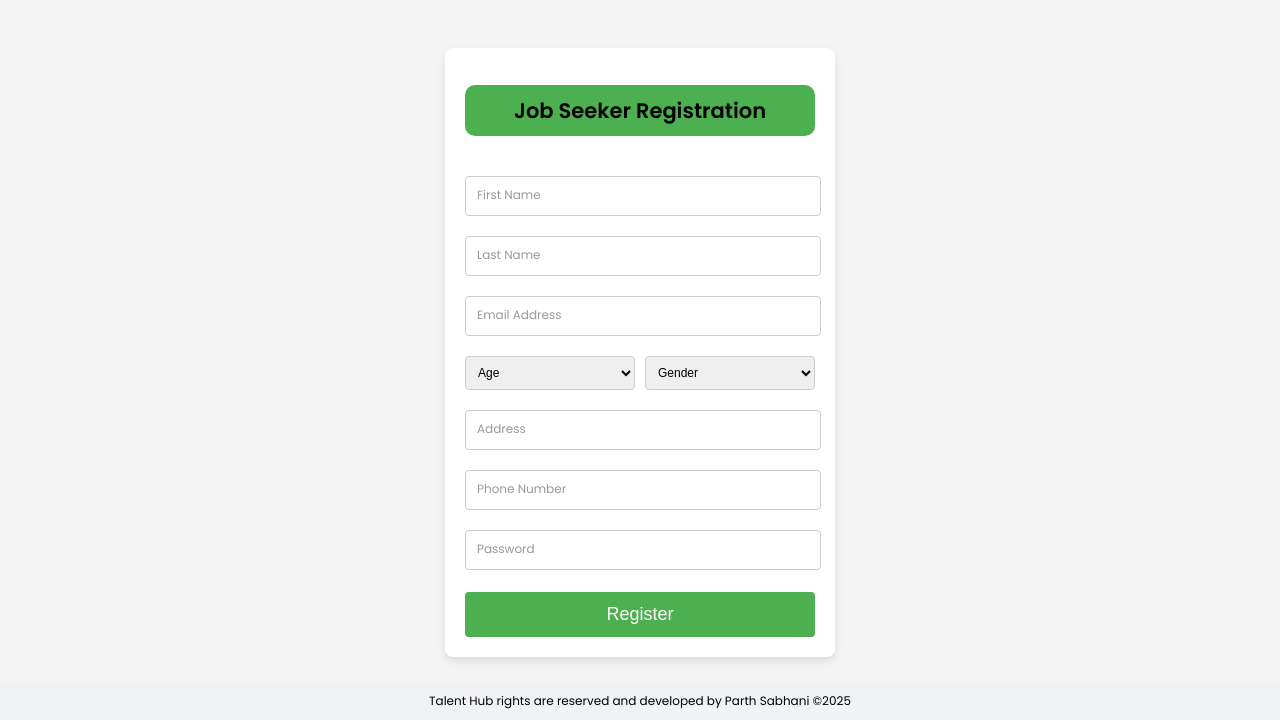
Repository: parthsabhani/Job_Portal_JSP_Servlet
Page: http://localhost/Job_Portal/userRegistration.jsp
An editor plug-in stored every save of this project. The page is shown before and after the next save, followed by the edit.
The browser window is 1280 px wide. The pictures show the whole page.
The page is served by Tomcat 10.

Above is the page before, as saved 2025-04-23 04:11:09.

After the next save:
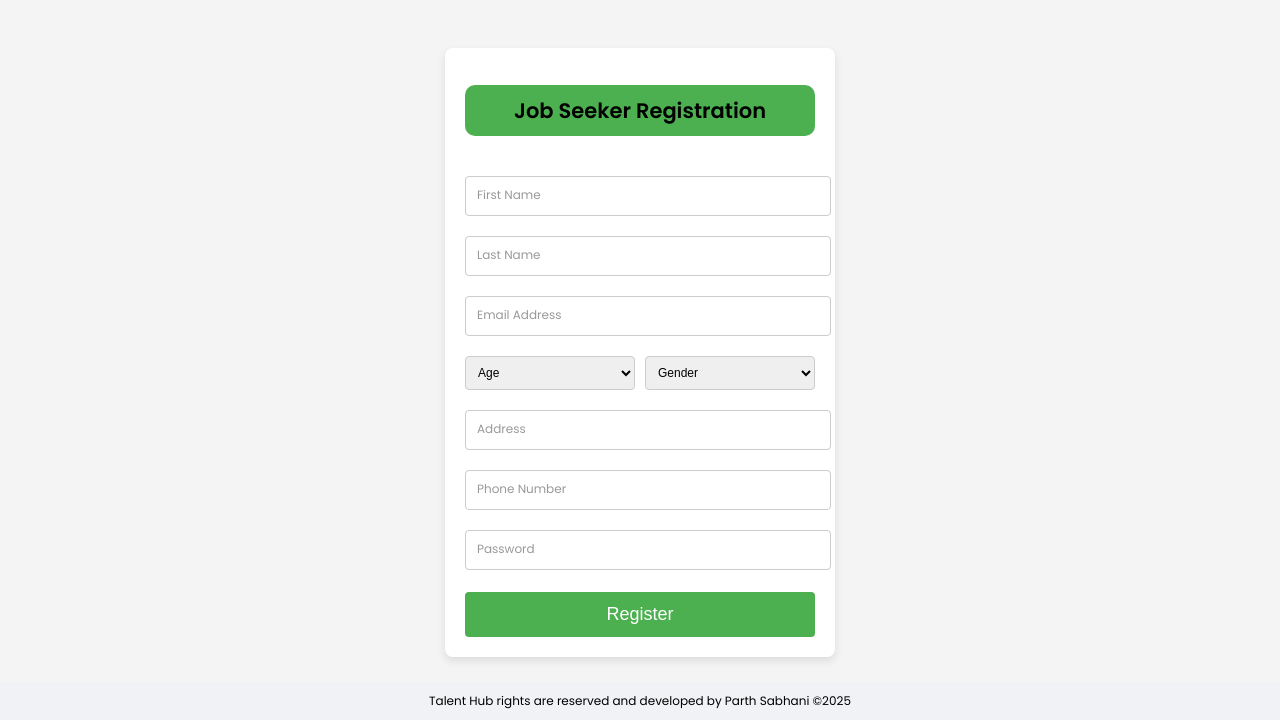
Saved 11 s later.
--- a/Job_Portal/src/main/webapp/userRegistration.jsp
+++ b/Job_Portal/src/main/webapp/userRegistration.jsp
@@ -58,7 +58,7 @@ form {
 
 input {
 	padding: 12px 0px;
-	padding-left: 4px;
+	padding-left: 14px;
 	margin: 0;
 	border: 1px solid #ccc;
 	border-radius: 4px;
